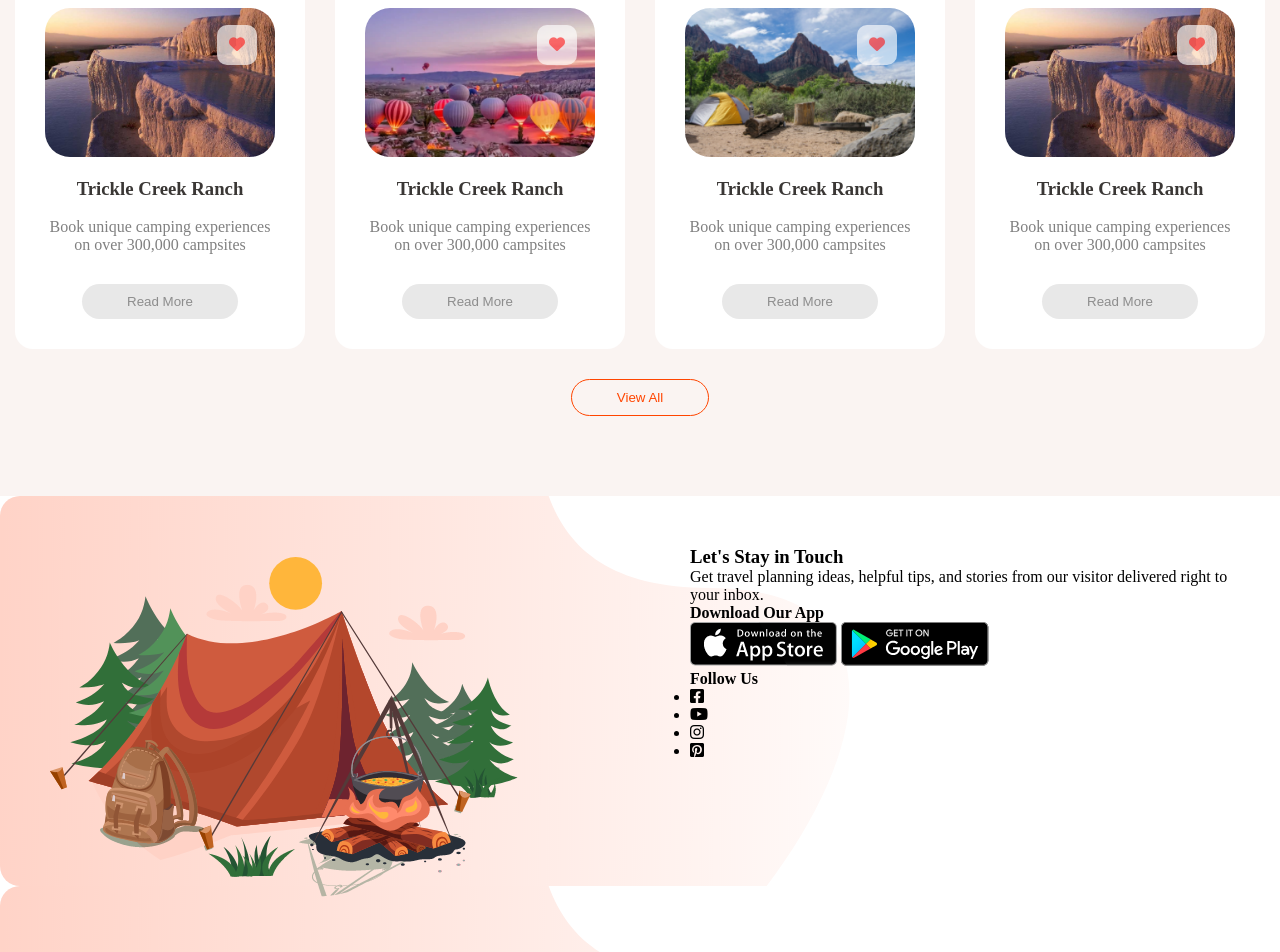
Repository: giahuy405/BC38_Camping_Pham_Gia_Huy
Page: index.html
The author's editor kept a copy of each file at every save. The page is drawn from the files as they stood at one save, then again after the next save.
The browser window is 1280 px wide. The pictures show the part of the page from y = 939 to 1891 px (the page is 1891 px tall).

Above is the page before, as saved 2022-09-13 19:34:07.

### index.html
<!DOCTYPE html>
<html lang="en">
<head>
    <meta charset="UTF-8">
    <meta http-equiv="X-UA-Compatible" content="IE=edge">
    <meta name="viewport" content="width=device-width, initial-scale=1.0">
    <title>Document</title>
    <link rel="stylesheet" href="https://cdnjs.cloudflare.com/ajax/libs/font-awesome/6.2.0/css/all.min.css" integrity="sha512-xh6O/CkQoPOWDdYTDqeRdPCVd1SpvCA9XXcUnZS2FmJNp1coAFzvtCN9BmamE+4aHK8yyUHUSCcJHgXloTyT2A==" crossorigin="anonymous" referrerpolicy="no-referrer" />
    <link rel="stylesheet" href="./css/index.css">
</head>
<body>
    <header>
       <div class="header__items">
            <img src="./img/logoicon.png" alt="">
            <nav>
                <ul>
                    <li><a href="#">Home</a></li>
                    <li><a href="#">Services</a></li>
                    <li><a href="#">Destination</a></li>
                    <li><a href="#">Events</a></li>
                    <li><a href="#">Gallery</a></li>
                    <li><a href="#">Contact us</a></li>
                </ul>
            </nav>
       </div>
    </header>
    <section class="carousel">
        <img src="./img/BG.png" alt="">
    </section>
    <section class="service">
        <img src="./img/Group 313.png" alt="">
        <h1>Explore Destination & Activities</h1>
        <div class="service__cards">
            <div class="service__card">
                <div class="service__item">
                    <img src="./img/product1.png" alt="">
                    <h3>Trickle Creek Ranch</h3>
                    <p>Book unique camping experiences on over 300,000 campsites</p>
                    <button>Read More</button>
                </div>
                <div class="service__heart">
                    <i class="fa fa-heart"></i>
                </div>
            </div>
            <div class="service__card">
                <div class="service__item">
                    <img src="./img/product4.png" alt="">
                    <h3>Trickle Creek Ranch</h3>
                    <p>Book unique camping experiences on over 300,000 campsites</p>
                    <button>Read More</button>
                </div>
                <div class="service__heart">
                    <i class="fa fa-heart"></i>
                </div>
            </div>
            <div class="service__card">
                <div class="service__item">
                    <img src="./img/product5.png" alt="">
                    <h3>Trickle Creek Ranch</h3>
                    <p>Book unique camping experiences on over 300,000 campsites</p>
                    <button>Read More</button>
                </div>
                <div class="service__heart">
                    <i class="fa fa-heart"></i>
                </div>
            </div>
            <div class="service__card">
                <div class="service__item">
                    <img src="./img/product1.png" alt="">
                    <h3>Trickle Creek Ranch</h3>
                    <p>Book unique camping experiences on over 300,000 campsites</p>
                    <button>Read More</button>
                </div>
                <div class="service__heart">
                    <i class="fa fa-heart"></i>
                </div>
            </div>
            <div class="clear"></div>
        </div>
        <button class="service__final-button">View All</button>
    </section>
    <div class="contact">
        <div class="contact__items contact__background">
            <img src="./img/homeicon.png" alt="">
        </div>
        <div class="contact__items">
            <h3>Let's Stay in Touch</h3>
            <p>Get travel planning ideas, helpful tips, and stories from our visitor delivered right to your inbox.</p>
            <div class="content__item">
                <h4>Download Our App</h4>
                <img src="./img/download-on-the-app-store-apple-1.png" alt="">
                <img src="./img/google-play-badge-1.png" alt="">
            </div>
            <div class="content__item">
                <h4>Follow Us</h4>
                <ul>
                    <li><i class="fab fa-facebook-square"></i></li>
                    <li><i class="fab fa-youtube"></i></li>
                    <li><i class="fab fa-instagram"></i></li>
                    <li><i class="fab fa-pinterest-square"></i></li>
                </ul>
            </div>
        </div>
        <div class="clear"></div>
    </div>
</body>
</html>

### css/index.css
*{
    padding: 0;
    margin: 0;
    box-sizing: border-box;
}
.header__items{
    width: 90%;
    margin: 0 auto;
}
header{
    background-color: #f8e1db;
}
nav{
    margin-top: 10px;
    padding-bottom: 10px;
}
nav ul{
    list-style: none;
}
nav li{
    display: inline;
    margin-right:30px;
}
nav a{
    text-decoration: none;
    color: #43403c;
}
nav a:hover{
    color: rgb(160, 5, 5);
}
.clear{
    clear: both;
}
.carousel img{
    height: 600px;
    width: 100%;
}
.service{
    text-align: center;
    padding-top: 70px;
    background-color: #faf4f2;
  padding-bottom: 80px;
}
.service > h1{
    color: #8d8d8d;
    margin-bottom: 30px;
}
.service__cards{
    width: 100%;

}
.service__card{
    float: left;
    width: 25%;
    padding: 0 15px;
    position: relative;
}
.service__item{
    background-color: white;
    border-radius: 18px;
    padding: 30px 30px;

}
.service__item img{
    border-radius: 25px;
    width: 100%;
}
.service__heart{
    position: absolute;
    top: 47px;
    right: 63px;
    width: 40px;
    height: 40px;
    line-height: 40px;
    color: rgba(255, 0, 0, 0.555);
    background-color: rgba(255, 255, 255, 0.651);
    border-radius: 10px;
}
.service__item h3{
    line-height: 3;
    color: #3a3735;
}
.service__item p{
    color: gray;
}
.service__card button{
    padding: 10px 45px;
    background-color: #e8e8e8;
    color: #8d8d8d;
    border-radius: 20px;
    border: none;
    margin-top: 30px;
    cursor: pointer;
}
.service__card button:hover{
    background-color: #7e7e7e;
    color: white;
}
.service__final-button{
    padding: 10px 45px;
    background-color: transparent;
    color: orangered;
    border-radius: 20px;
    border: 1px solid orangered;
    margin-top: 30px;
    cursor: pointer;
}
.service__final-button:hover{
    background-color: #3a3735;
    color: white;
}
.contact{
    background-image: url(../img/mask.png);
}
.contact__items{
    float: left;
    width: 50%;
}
.contact__items{
    padding: 50px;
}

After the next save:
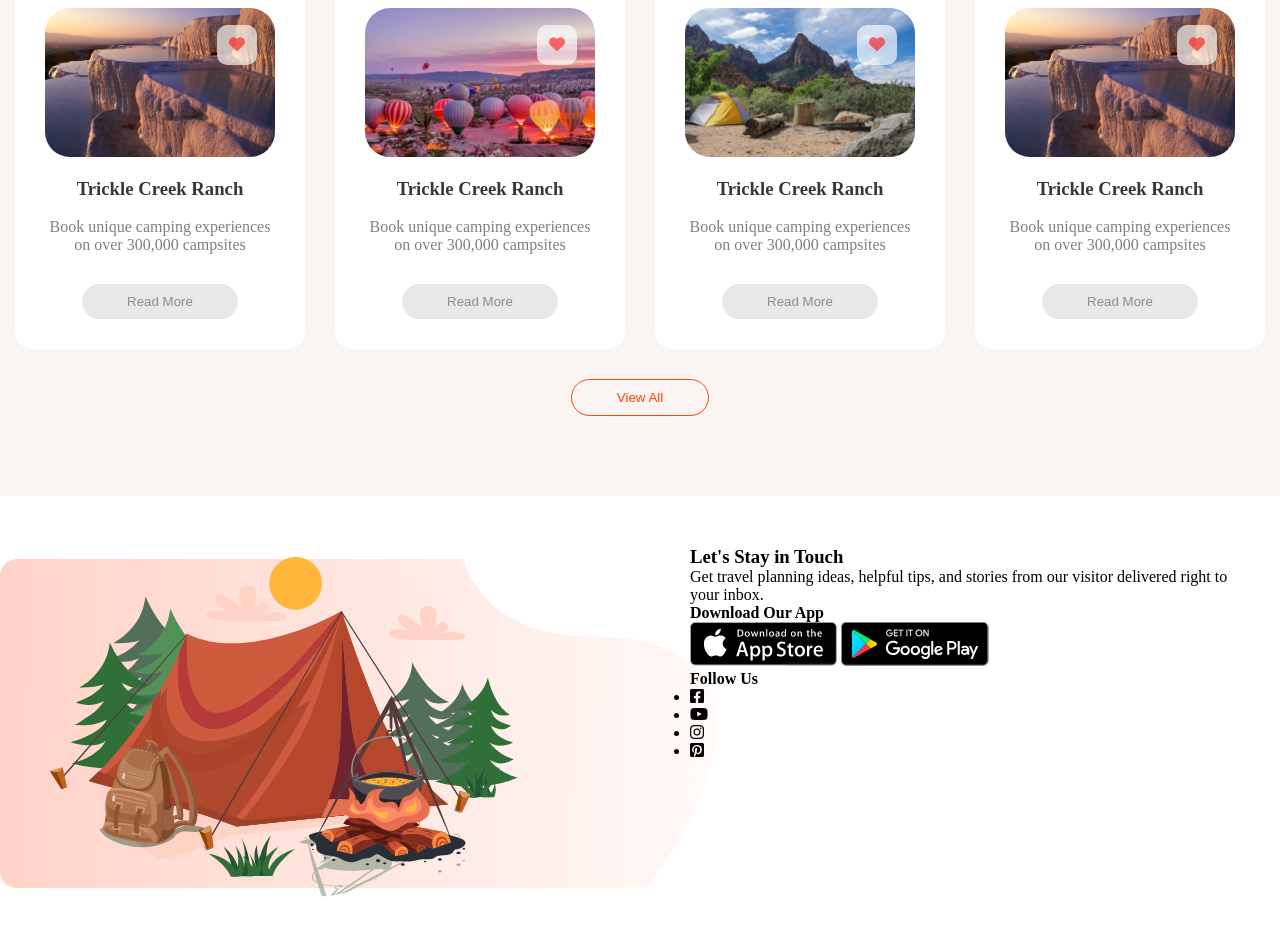
Saved 25 s later.
--- a/css/index.css
+++ b/css/index.css
@@ -111,7 +111,11 @@
 }
 .contact{
     background-image: url(../img/mask.png);
+    background-position: center;
+    background-repeat: no-repeat;
+    background-size: 100%;
 }
+
 .contact__items{
     float: left;
     width: 50%;
